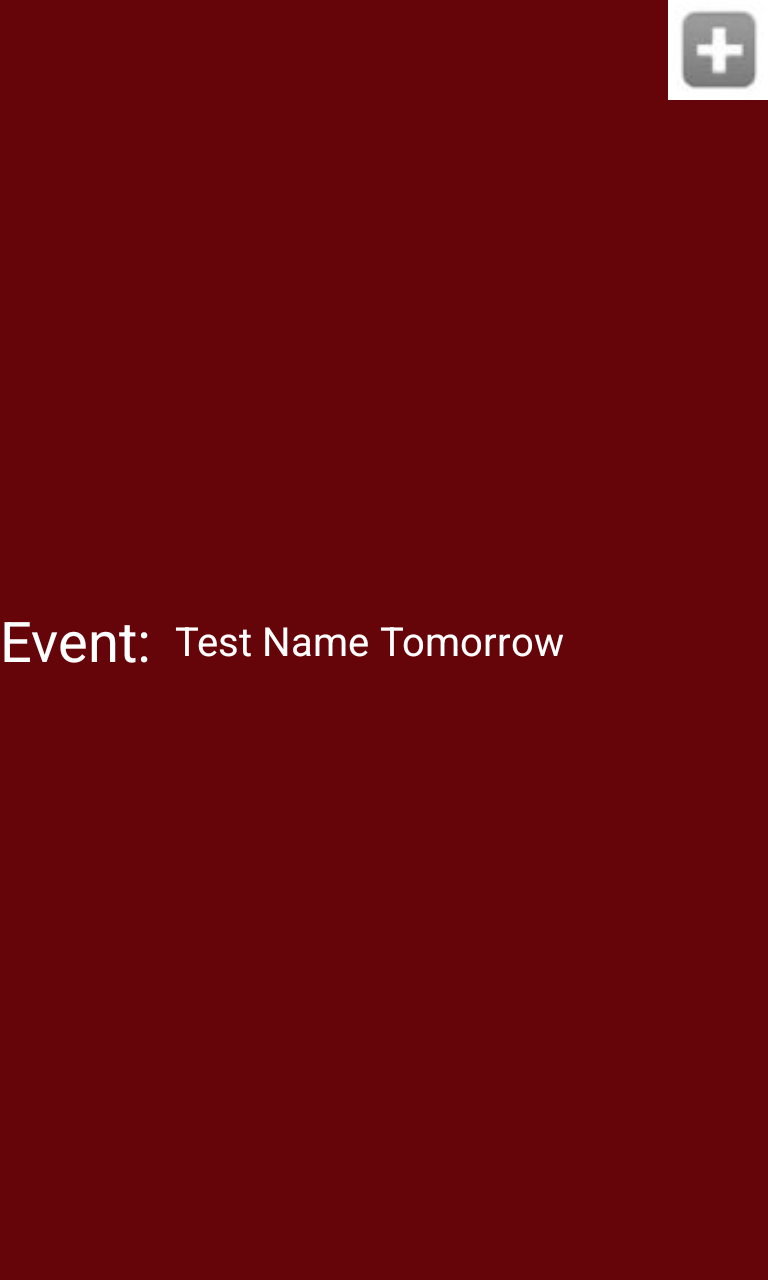
Repository: jannelg92/ANDROIDAPP
Layout: GEOINNOVATION/TAMUgis-dayEvents/res/layout/event_calendar_item.xml
An editor plug-in stored every save of this project. The layout is shown before and after the next save, followed by the edit.
It is drawn on a 768 x 1280 px phone screen (xhdpi) without system bars, with theme AppTheme; the app's code is not run. The app's manifest (not shown) leaves right-to-left support off. So textAlignment, textDirection and layoutDirection are ignored, and left and right values win over start and end ones.

Above is the layout before, as saved 2014-04-23 02:42:25.

### GEOINNOVATION/TAMUgis-dayEvents/res/layout/event_calendar_item.xml
<?xml version="1.0" encoding="utf-8"?>
<RelativeLayout xmlns:android="http://schemas.android.com/apk/res/android"
    android:layout_width="match_parent"
    android:layout_height="50dp"
    android:id="@+id/eventCalendarListitem"
    android:layout_marginBottom="60dp"
    android:orientation="horizontal"
    android:background="@drawable/offmaroon_back" >

           <!-- icon -->

		   <TextView
		       android:id="@+id/event_label"
		       android:layout_width="wrap_content"
		       android:layout_height="wrap_content"
		       android:layout_centerVertical="true"
		       android:text="Event: "
		       android:textAlignment="center"
		       android:textColor="#ffffff"
		       android:textSize="@dimen/big_text" />

		      <!-- icon -->

		   <TextView
		       android:id="@+id/event_name"
		       android:layout_width="wrap_content"
		       android:layout_height="wrap_content"
		       android:layout_toRightOf="@id/event_label"
		       android:layout_centerVertical="true"
		       android:drawablePadding="10dp"
		       android:text=" Test Name "
		       android:textColor="#ffffff"
		       android:textSize="@dimen/mid_text" />

		 <TextView
		     android:id="@+id/event_date"
		     android:layout_width="wrap_content"
		     android:layout_height="wrap_content"
		     android:layout_toRightOf="@id/event_name"
		     android:layout_centerVertical="true"
		     android:textSize="@dimen/mid_text"
		     android:textColor="#ffffff"
		     android:text="Tomorrow" />

		 <!-- icon -->

		  <Button
		      android:id="@+id/event_more"
		      android:layout_width="50dp"
		      android:layout_height="50dp"
		      android:layout_alignParentRight="true"
		      android:layout_alignParentTop="true"
		      android:drawablePadding="10dp"
		      android:src="@drawable/plus_square"
		      android:background="@drawable/plus_square" />

</RelativeLayout>

### GEOINNOVATION/TAMUgis-dayEvents/res/values/dimens.xml
<resources>

   <dimen name="activity_horizontal_margin">16dp</dimen>
    <dimen name="activity_vertical_margin">16dp</dimen>

    <dimen name="big_text">28dip</dimen>
    <dimen name="mid_text">20dip</dimen>
    <dimen name="small_text">16dip</dimen>
    <dimen name="return_w">50dp</dimen>
    <dimen name="return_h">50dp</dimen>
    <dimen name="text_sizeW">70dp </dimen>
    <dimen name="text_sizeH">70dp</dimen>
    <dimen name="button_w">200dp </dimen>
    <dimen name="button_h">60dp </dimen>
    <!--
         Per the design guidelines, navigation drawers should be between 240dp and 320dp:
         https://developer.android.com/design/patterns/navigation-drawer.html
    -->
    <dimen name="navigation_drawer_width">277dp</dimen>

</resources>

Loaded but not shown: GEOINNOVATION/TAMUgis-dayEvents/res/values/styles.xml (common file); GEOINNOVATION/TAMUgis-dayEvents/res/values-v11/styles.xml (common file); GEOINNOVATION/TAMUgis-dayEvents/res/values-v14/styles.xml (common file)

After the next save:
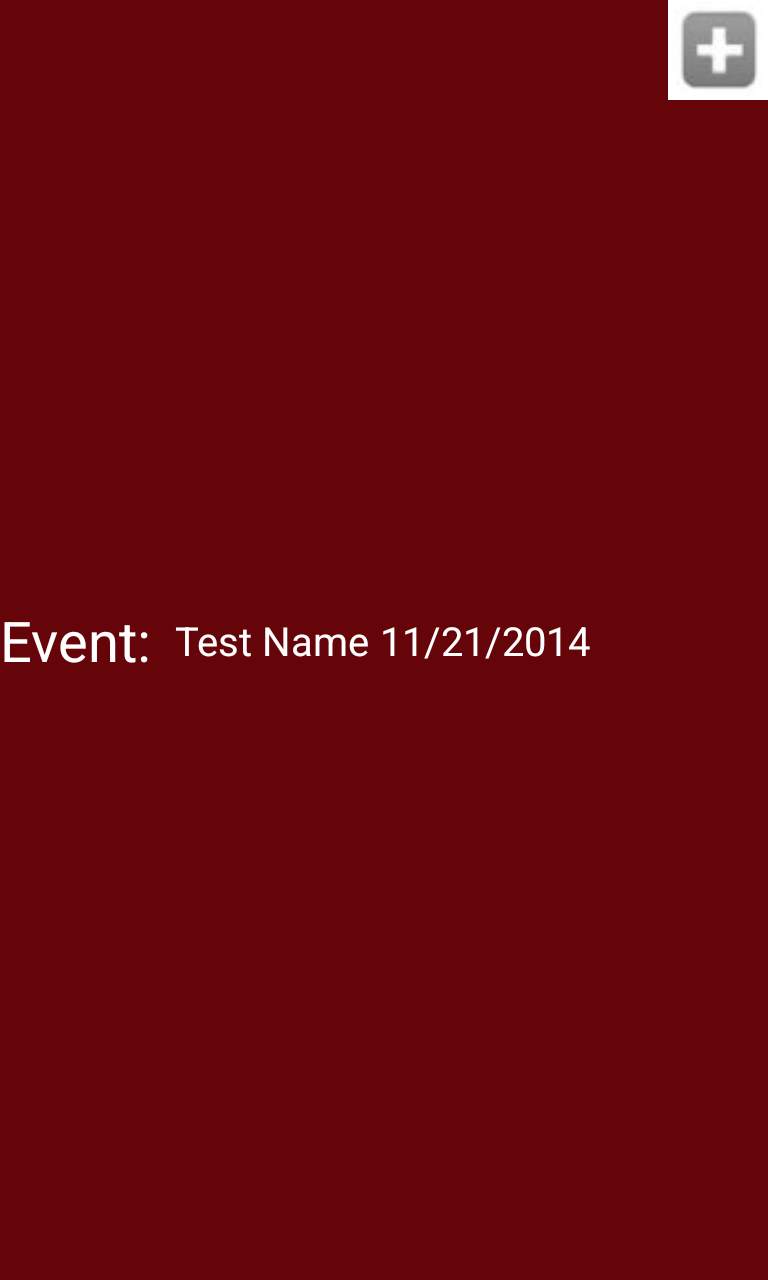
Saved 19 s later.
--- a/GEOINNOVATION/TAMUgis-dayEvents/res/layout/event_calendar_item.xml
+++ b/GEOINNOVATION/TAMUgis-dayEvents/res/layout/event_calendar_item.xml
@@ -40,7 +40,7 @@
 		     android:layout_centerVertical="true"
 		     android:textSize="@dimen/mid_text"
 		     android:textColor="#ffffff"
-		     android:text="Tomorrow" />
+		     android:text="11/21/2014" />
 
 		 <!-- icon -->
 
